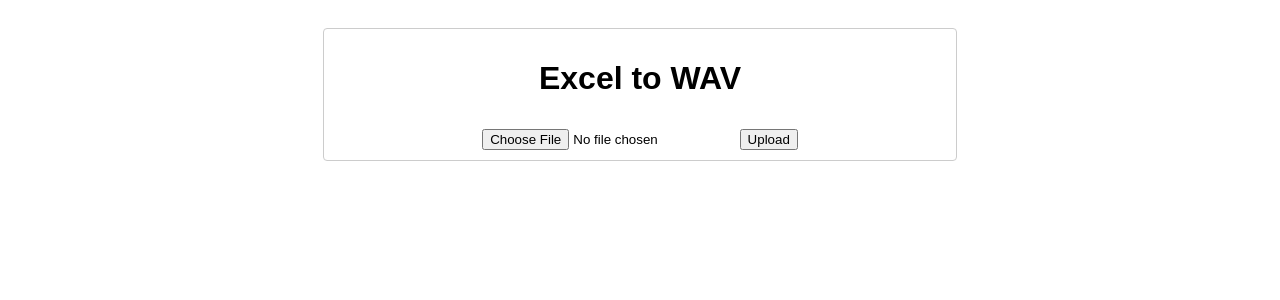
Repository: limonene213u/Excel-to-VOICE
Page: http://localhost/
The author's editor kept a copy of each file at every save. The page is drawn from the files as they stood at one save, then again after the next save.
The browser window is 1280 px wide. The pictures show the whole page.
The page is served by the project's application, run on Flask 3 (volume/app.py).

Above is the page before, as saved 2023-10-11 00:25:02.

After the next save:
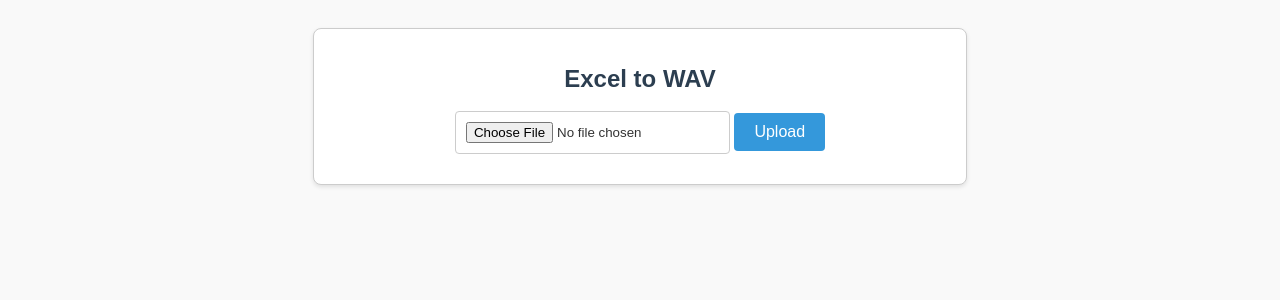
Saved 2 min 1 s later.
--- a/volume/templates/index.html
+++ b/volume/templates/index.html
@@ -9,16 +9,41 @@
             font-family: Arial, sans-serif;
             padding: 20px;
             text-align: center;
+            background-color: #f9f9f9;
+            color: #333;
         }
         #upload-form {
             margin: auto;
             width: 50%;
+            padding: 20px;
+            border: 1px solid #ccc;
+            border-radius: 8px;
+            background-color: #fff;
+            box-shadow: 0 2px 4px rgba(0,0,0,0.1);
+        }
+        #upload-form h1 {
+            margin-bottom: 10px;
+            font-size: 24px;
+            color: #2c3e50;
+        }
+        #upload-form input[type="file"] {
+            margin-bottom: 10px;
             padding: 10px;
             border: 1px solid #ccc;
             border-radius: 4px;
         }
         #upload-button {
             margin-top: 10px;
+            padding: 10px 20px;
+            border: none;
+            border-radius: 4px;
+            background-color: #3498db;
+            color: #fff;
+            font-size: 16px;
+            cursor: pointer;
+        }
+        #upload-button:hover {
+            background-color: #2980b9;
         }
     </style>
 </head>
